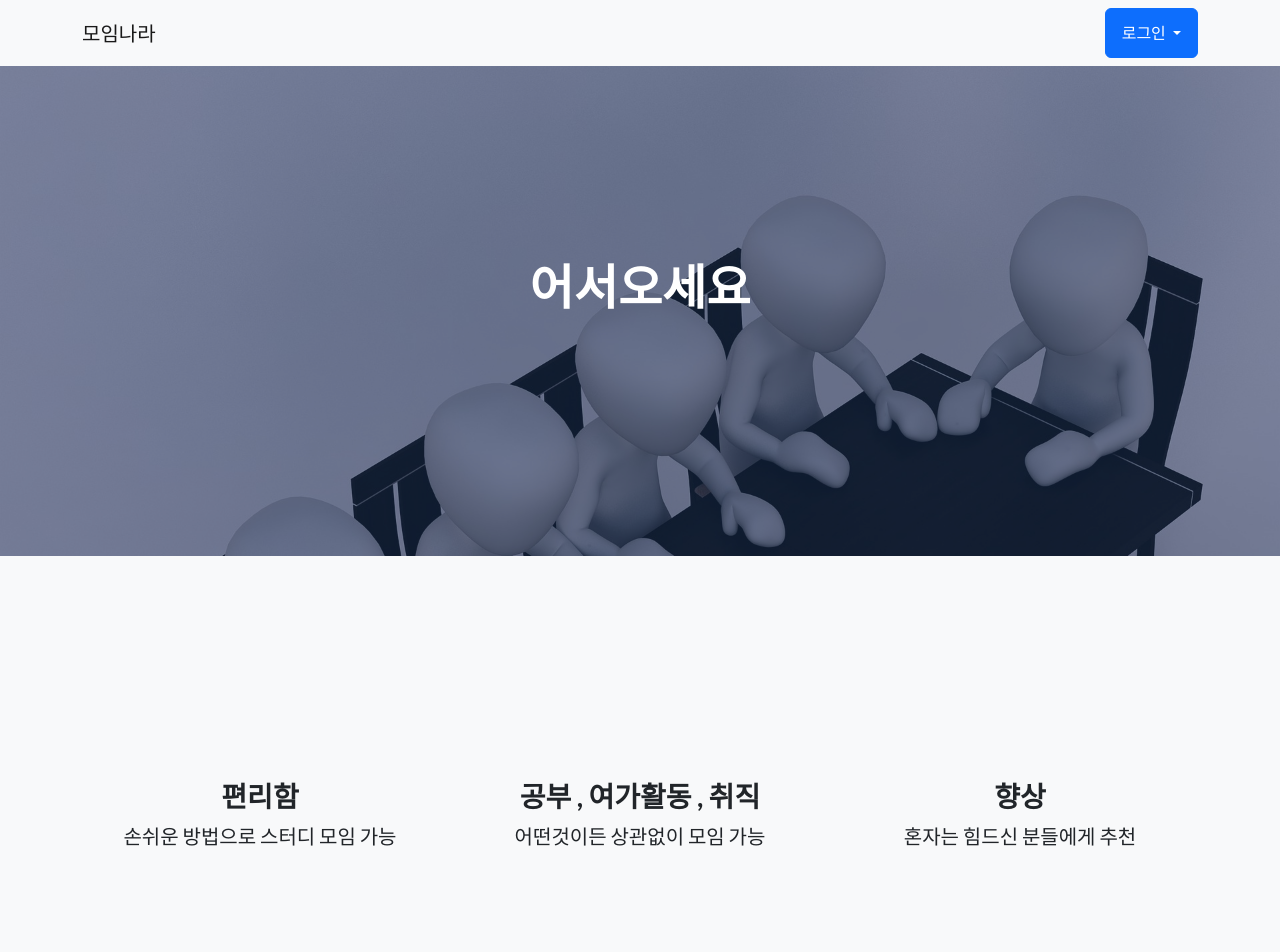
Repository: cmg9707/Devfox-spring-project
Page: http://localhost/DevJUS/WEB-INF/views/JUS/index.jsp
These files come from the project's save history. The page is drawn as it stood at one moment and after the next save; the edit follows.
The browser window is 1280 px wide. The pictures show the part of the page from y = 0 to 952 px (the page is 3437 px tall before and 3451 px after).
The page is served by Tomcat 9. Nobody is signed in. The template is opened directly, without the code that normally fills it, so the values that code supplies are empty.

Above is the page before, as saved 2023-04-07 00:50:39.

After the next save:
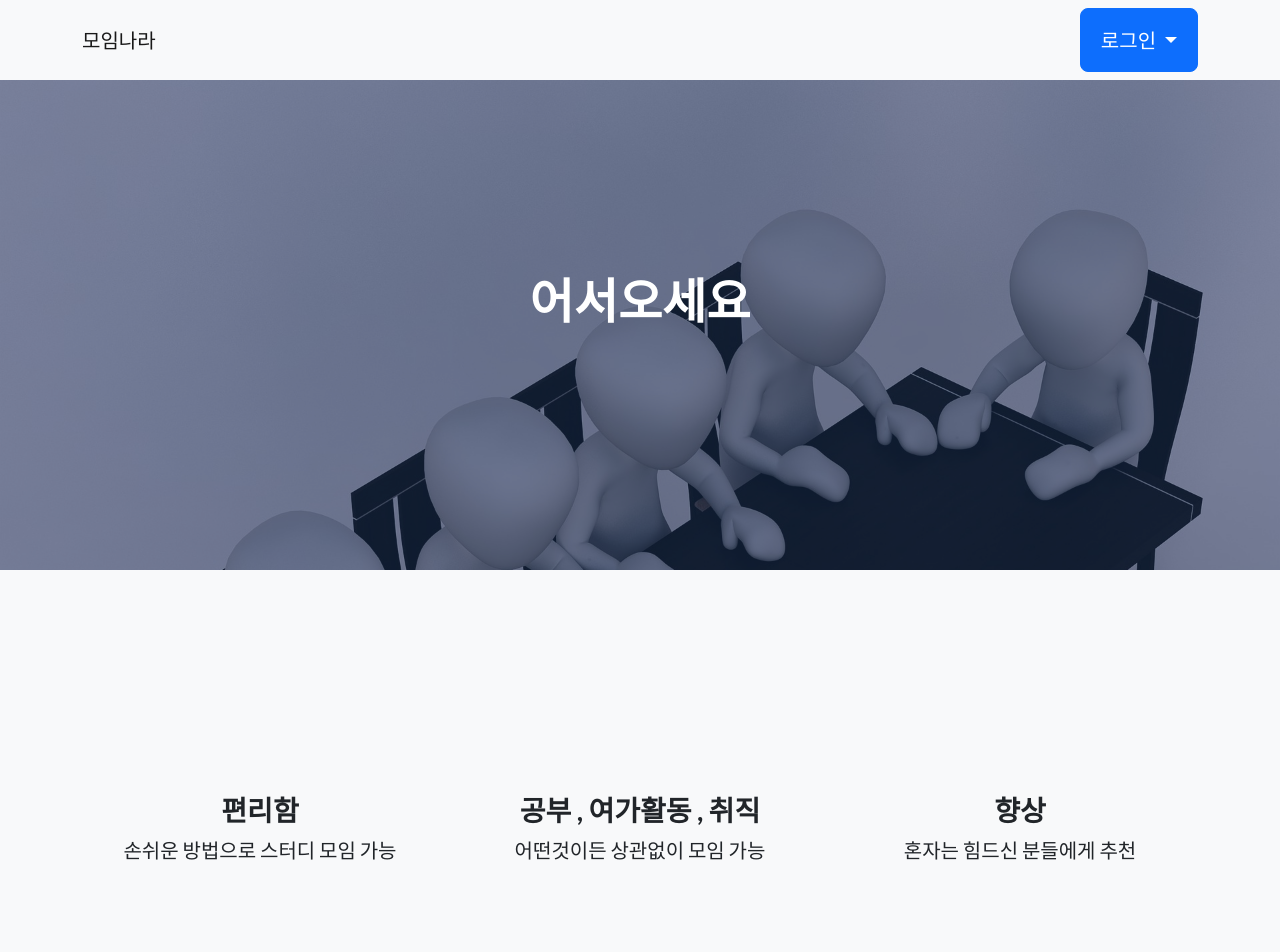
Saved 3 min 4 s later.
--- a/DevJUS/src/main/webapp/WEB-INF/views/JUS/index.jsp
+++ b/DevJUS/src/main/webapp/WEB-INF/views/JUS/index.jsp
@@ -25,7 +25,7 @@
             <div class="container">
                 <a class="navbar-brand" href="#!">모임나라</a>
                 <div class="dropdown">
- 				 <button class="btn btn-primary dropdown-toggle " type="button" id="dropdownMenuButton1" data-bs-toggle="dropdown" aria-expanded="false">
+ 				 <button class="btn btn-primary btn-lg dropdown-toggle " type="button" id="dropdownMenuButton1" data-bs-toggle="dropdown" aria-expanded="false">
   					  로그인
   				 </button>
   				<div class="dropdown-menu">

After the save that followed:
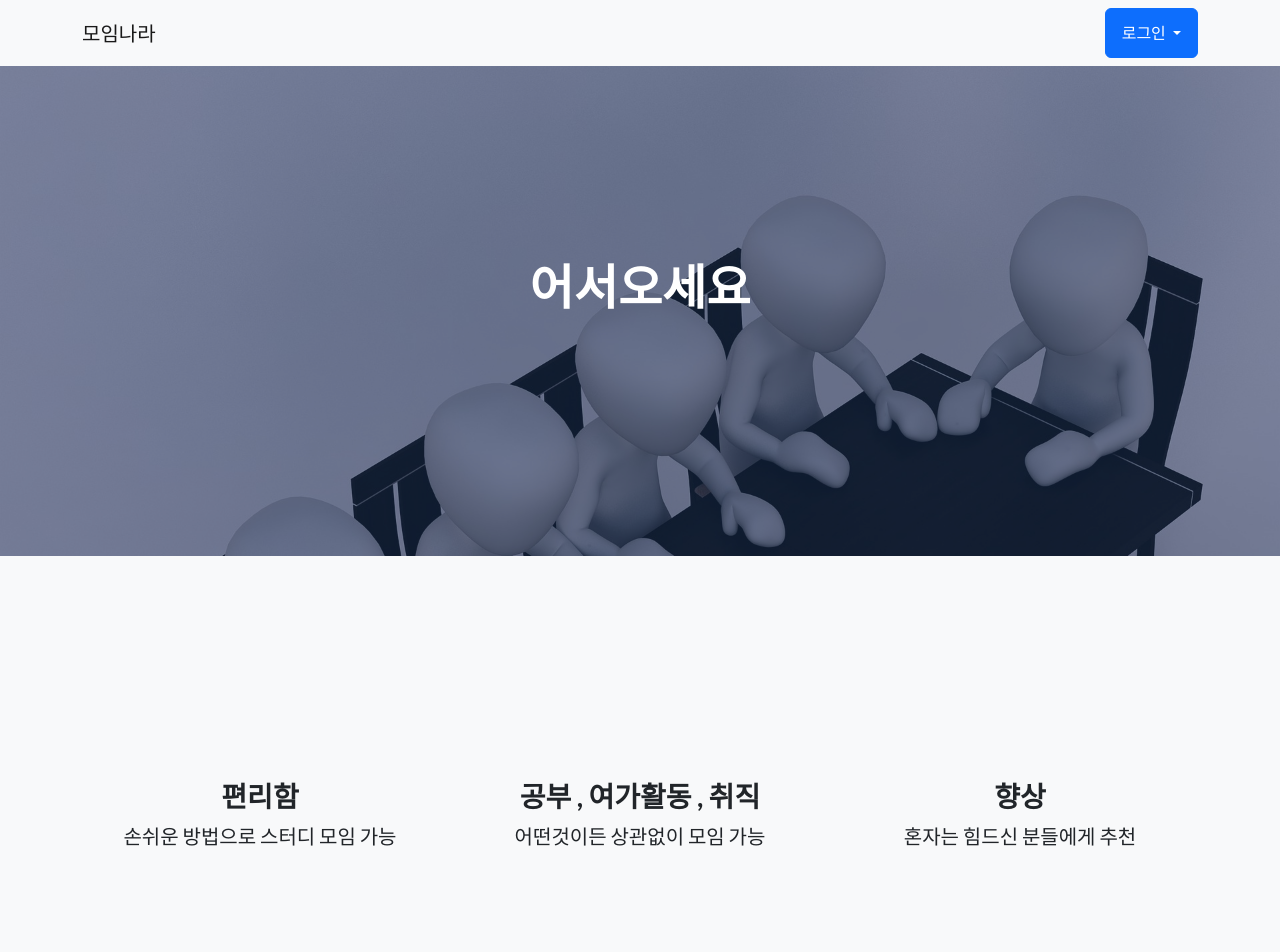
Saved 7 s later.
--- a/DevJUS/src/main/webapp/WEB-INF/views/JUS/index.jsp
+++ b/DevJUS/src/main/webapp/WEB-INF/views/JUS/index.jsp
@@ -25,7 +25,7 @@
             <div class="container">
                 <a class="navbar-brand" href="#!">모임나라</a>
                 <div class="dropdown">
- 				 <button class="btn btn-primary btn-lg dropdown-toggle " type="button" id="dropdownMenuButton1" data-bs-toggle="dropdown" aria-expanded="false">
+ 				 <button class="btn btn-primary  dropdown-toggle " type="button" id="dropdownMenuButton1" data-bs-toggle="dropdown" aria-expanded="false">
   					  로그인
   				 </button>
   				<div class="dropdown-menu">
